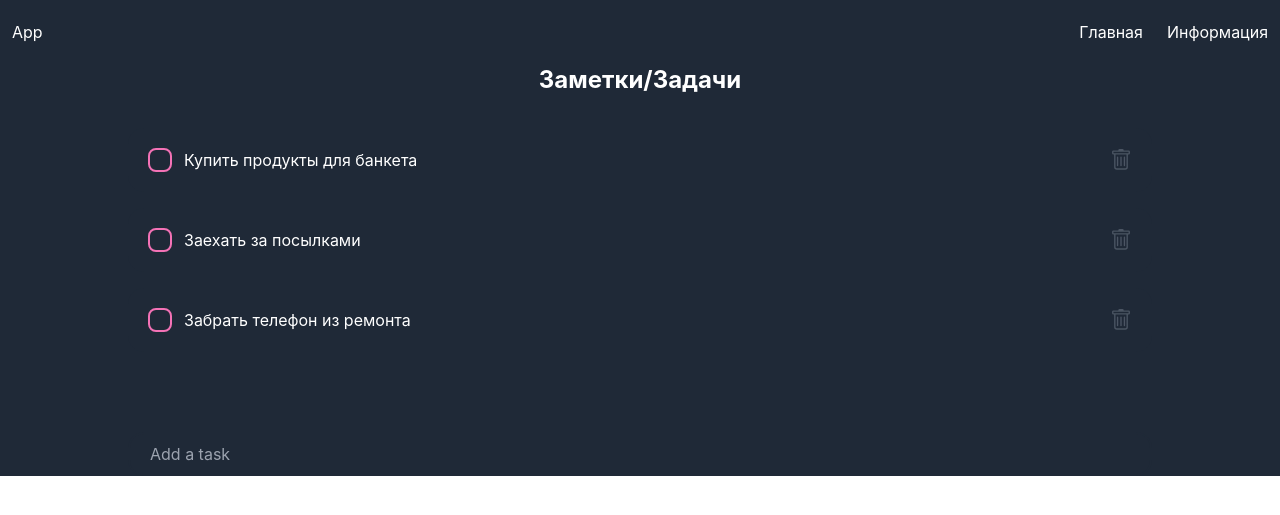
Repository: VachArt/react-exam-work
Page: /
An editor plug-in stored every save of this project. The page is shown before and after the next save, followed by the edit.
The browser window is 1280 px wide. The pictures show the whole page.
The project was rebuilt for these pictures with package versions that can differ from the ones it lists, and the page was loaded fresh each time. Also part of the build but not shown: src/components/pages/About/About.jsx.

Above is the page before, as saved 2022-04-27 23:37:37.

After the next save:
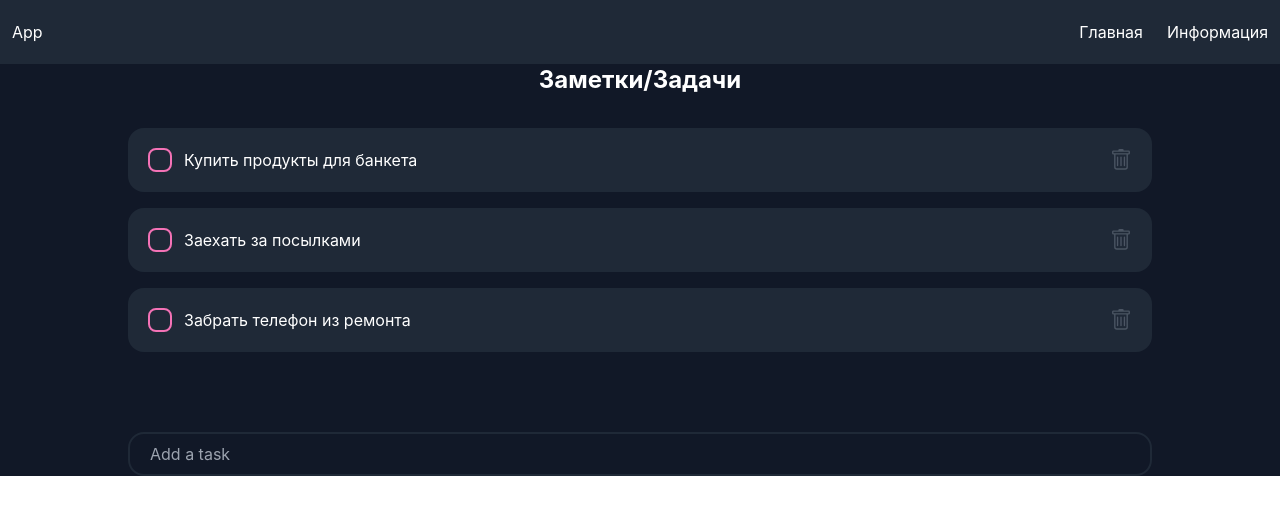
Saved 15 s later.
--- a/src/App.jsx
+++ b/src/App.jsx
@@ -12,7 +12,7 @@ function App() {
     return (
             <BrowserRouter>
                 <Navbar />
-                    <div className='bg-gray-800'>
+                    <div className='bg-gray-900'>
                         <Routes>
                             <Route path='/' exact element={<Home />} />
                             <Route path='/about' element={<About />} />
